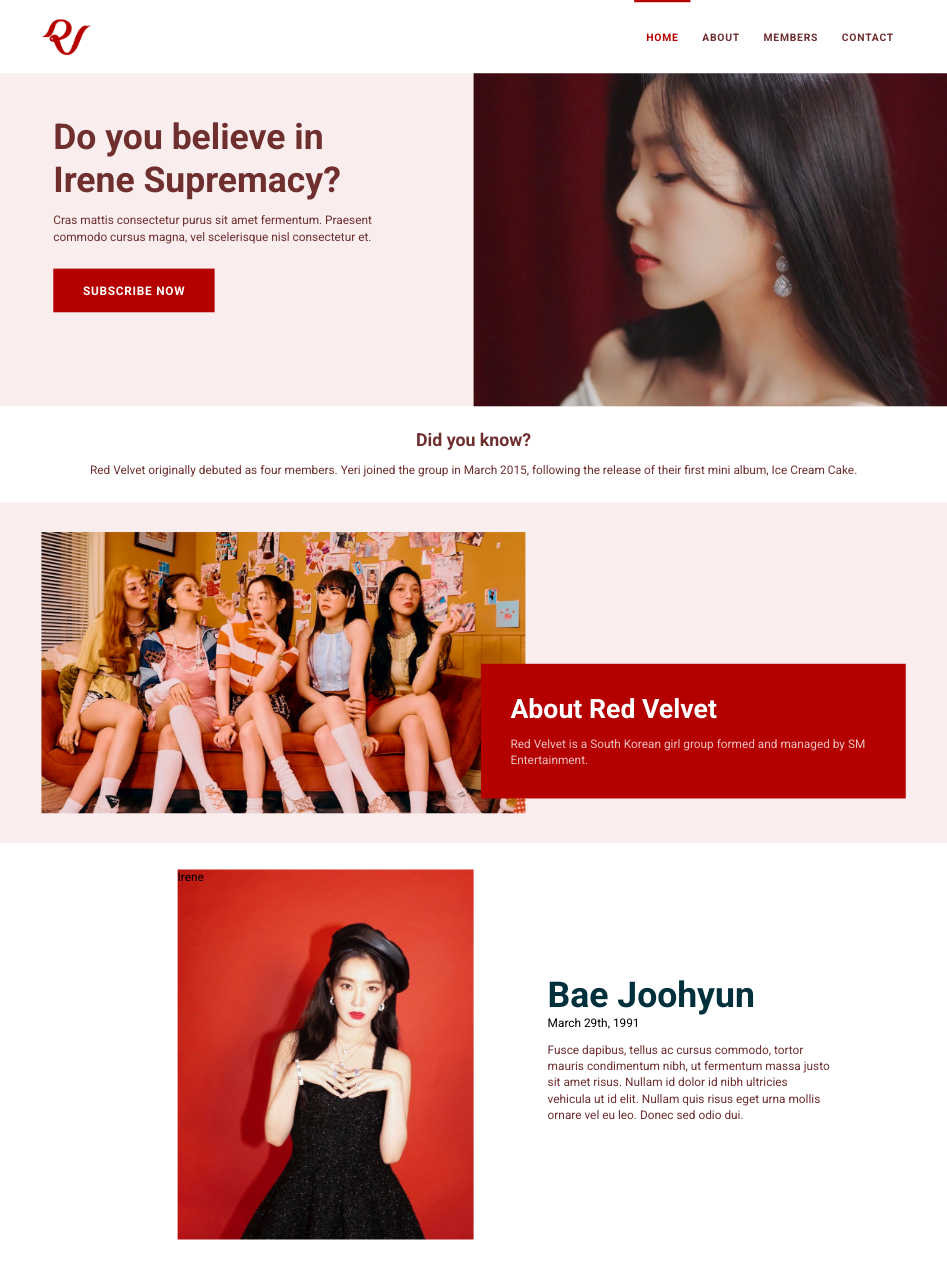
Repository: stillnotdavid/eternity-university
Page: app/index.html
The author's editor kept a copy of each file at every save. The page is drawn from the files as they stood at one save, then again after the next save.
The browser window is 1280 px wide. The pictures show the whole page, at 74% of full size.
The style sheet was rebuilt from its Sass, Less or Tailwind sources for each picture, by a compiler version that may differ from the author's.

Above is the page before, as saved 2021-12-05 20:39:02.

After the next save:
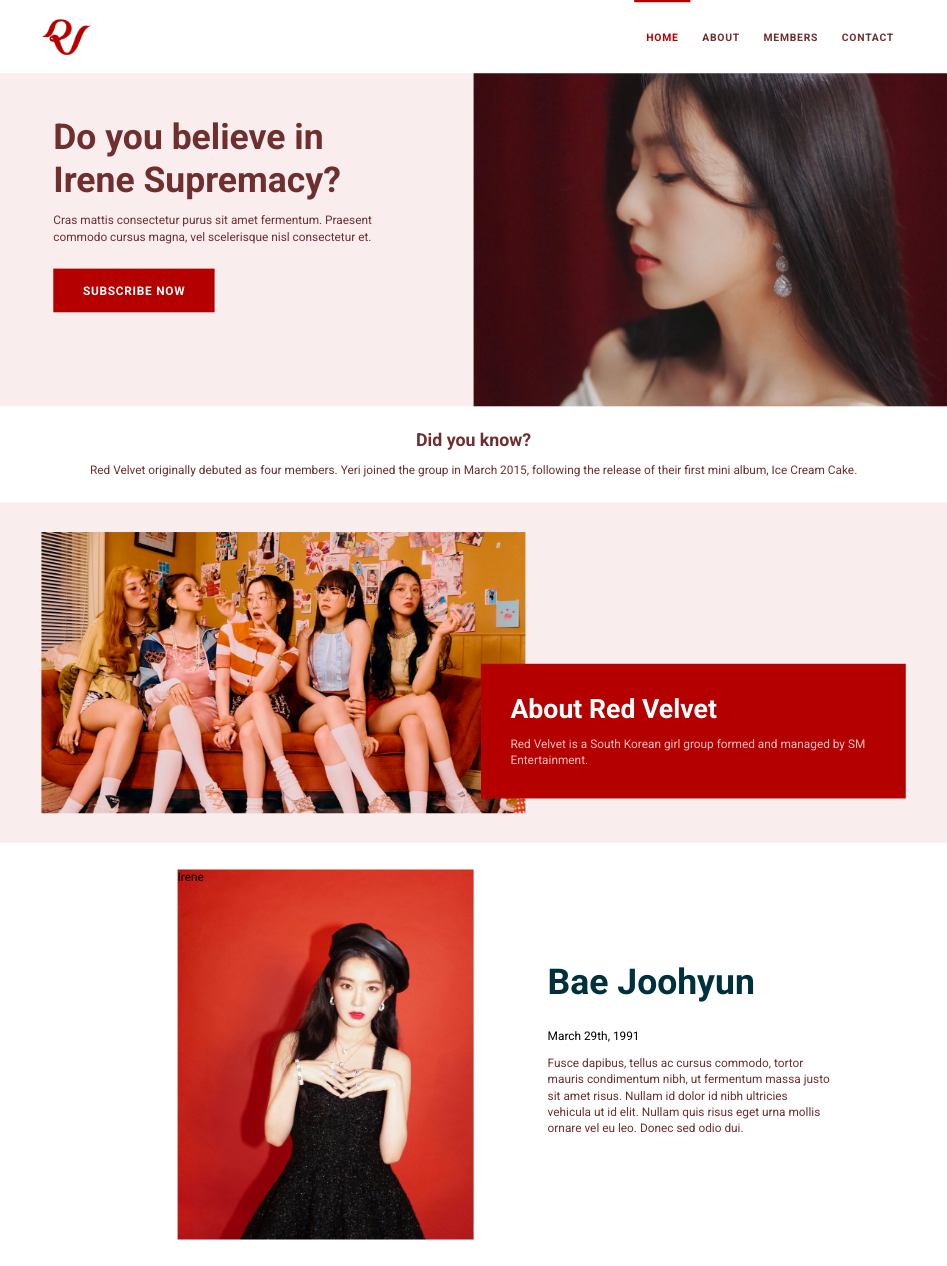
Saved 40 s later.
--- a/app/styles/partials/_typography.scss
+++ b/app/styles/partials/_typography.scss
@@ -31,7 +31,7 @@
 
 h3 {
   font-size: 48px;
-  margin: 0;
+  margin: 0 0 36px 0;
   color: $color-tertiary;
 }
 
